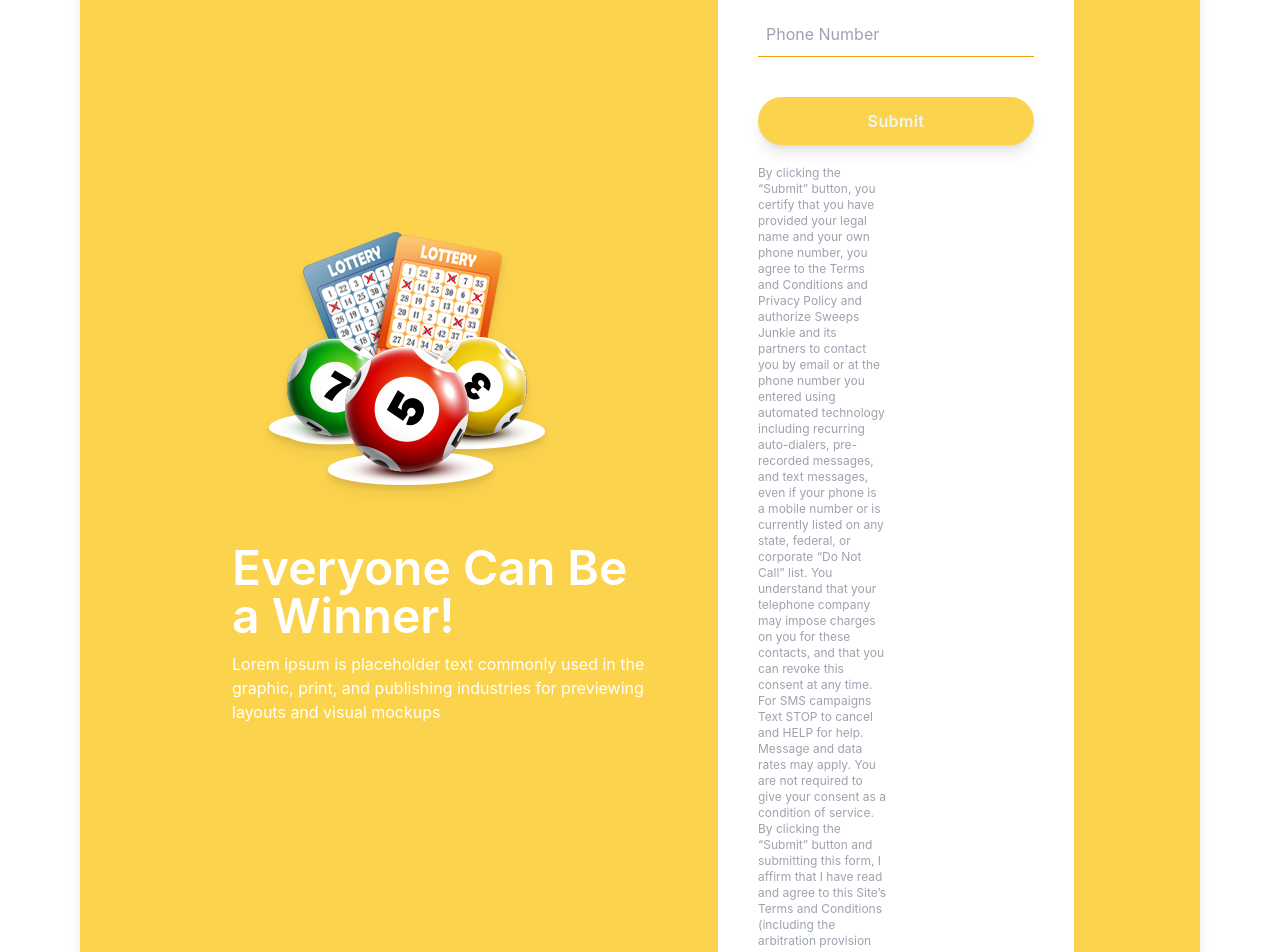
Repository: VictorJPimentel/Lottery
Page: /
An editor plug-in stored every save of this project. The page is shown before and after the next save, followed by the edit.
The browser window is 1280 px wide. The pictures show the part of the page from y = 605 to 1557 px (the page is 1847 px tall).
Backgrounds fixed to the window are drawn as part of the page. The project was rebuilt for these pictures with package versions that can differ from the ones it lists, and the page was loaded fresh each time. Also part of the build but not shown: src/App.css.

Above is the page before, as saved 2022-08-12 20:29:40.

After the next save:
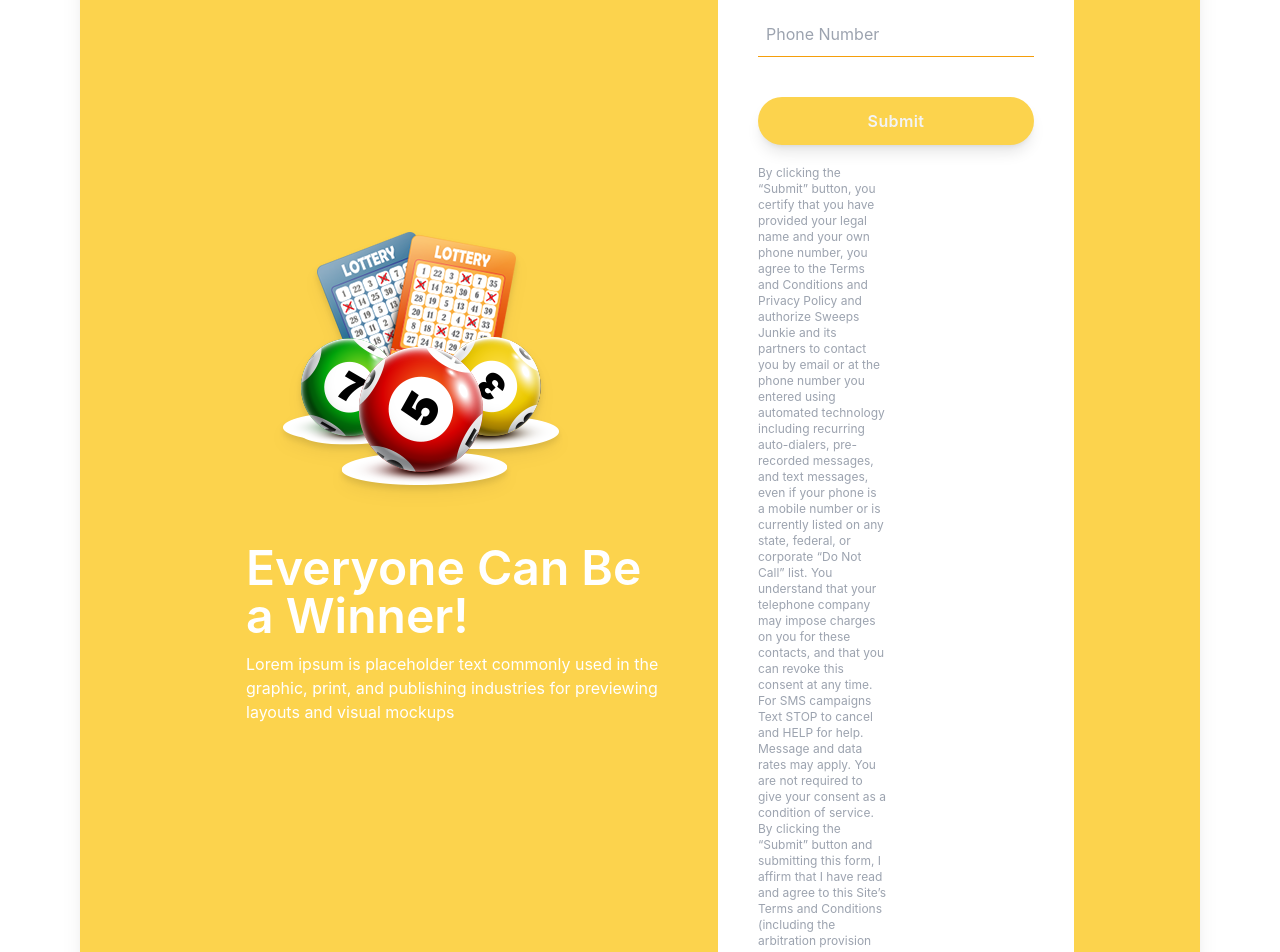
Saved 2 min 33 s later.
--- a/src/components/Form.jsx
+++ b/src/components/Form.jsx
@@ -19,7 +19,7 @@
             </p>
           </div>
         </div>
-        <div className="flex justify-center self-center  z-10 w-96">
+        <div className="flex justify-center self-center  z-10">
           <div className="p-12 bg-primary mx-auto rounded-3xl w-100 xl:p-10 ">
             <div className="mb-4">
               <h3 className="font-semibold text-2xl text-black">

After the 2 saves that followed:
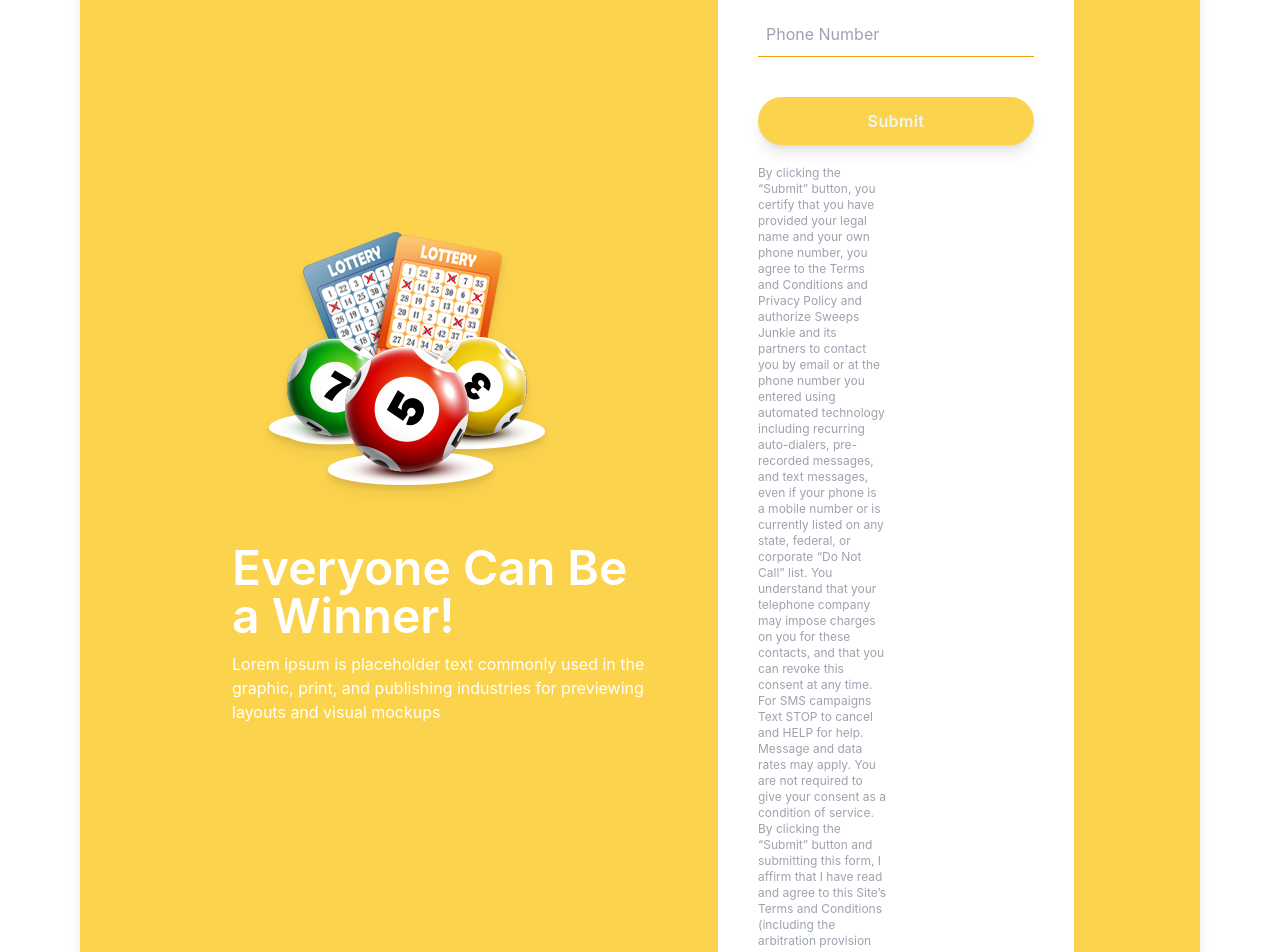
The 2 saves are shown as one change because 1 left the picture as it was.
The last was saved 18 s later.
--- a/src/components/Form.jsx
+++ b/src/components/Form.jsx
@@ -19,7 +19,7 @@
             </p>
           </div>
         </div>
-        <div className="flex justify-center self-center  z-10">
+        <div className="flex justify-center self-center  z-10 w-96">
           <div className="p-12 bg-primary mx-auto rounded-3xl w-100 xl:p-10 ">
             <div className="mb-4">
               <h3 className="font-semibold text-2xl text-black">
